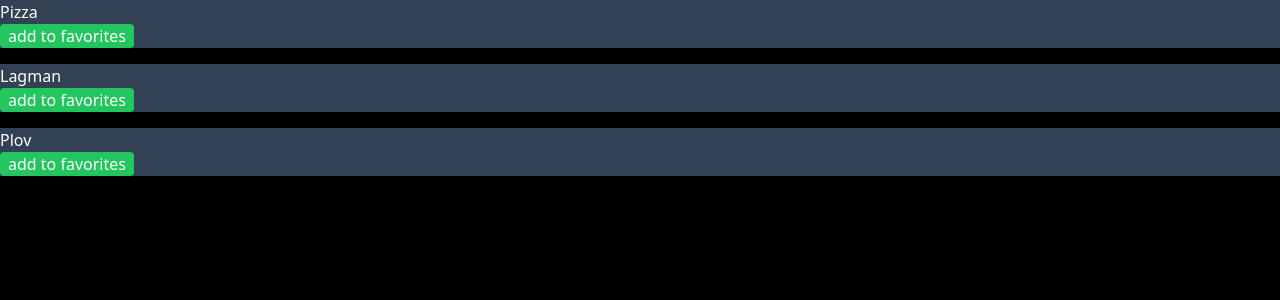
Repository: Nurlan-Bakenbaev/redux-tools
Page: /
These files come from the project's save history. The page is drawn as it stood at one moment and after the next save; the edit follows.
The browser window is 1280 px wide. The pictures show the whole page.
The project was rebuilt for these pictures with package versions that can differ from the ones it lists, and the page was loaded fresh each time. Also part of the build but not shown: vite.config.js.

Above is the page before, as saved 2023-10-22 22:14:19.

### src/App.jsx
import RicipeItem from "./RicipeItem";

function App() {
  return (
    <>
      <div className="flex flex-col gap-4 p">
        <RicipeItem recipe={{ id: 1, name: "Pizza" }} />
        <RicipeItem recipe={{ id: 2, name: "Lagman" }} />
        <RicipeItem recipe={{ id: 3, name: "Plov" }} />
      </div>
    </>
  );
}

export default App;

### src/index.css
@tailwind base;
@tailwind components;
@tailwind utilities;

body {
  background: black;
  color: white;
}

### src/store/store.js
import { configureStore } from "@reduxjs/toolkit"
import {reducer} from "../features/favoritesSlice"


 export const store = configureStore({
  reducer: {reducer},

});

### src/RicipeItem.jsx
import React from "react";

const RicipeItem = ({ recipe }) => {
  return (
    <div className="bg-slate-700 ">
      <div>{recipe.name}</div>
      <button className="px-2 bg-green-500 rounded"> add to favorites</button>
    </div>
  );
};

export default RicipeItem;

### src/features/favoritesSlice.js
import { createSlice } from "@reduxjs/toolkit";


const initialState = [];
export const favoritesSlice = createSlice({
  name: "favorites",
  initialState,
  reducers: {
    toggleFavorites: (state, { payload: recipe }) => {
      const isExits = state.some((r) => r.id === recipe.id);
      if (isExits) {
        state = state.filter((r) => r.id !== recipe.id);
      }
      state.push(recipe);
    },
  },
});
export const {action,reducer} = favoritesSlice

Loaded but not shown: index.html (common file); src/main.jsx (common file); tailwind.config.js (common file)

After the next save:
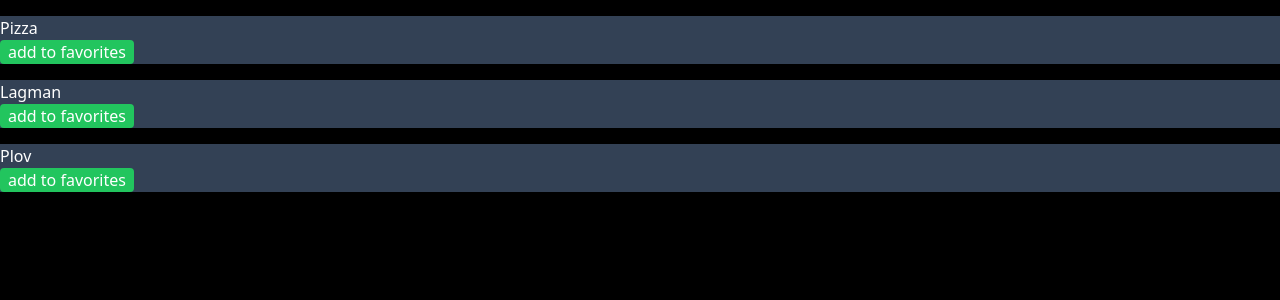
Saved 5 s later.
--- a/src/App.jsx
+++ b/src/App.jsx
@@ -3,7 +3,7 @@ import RicipeItem from "./RicipeItem";
 function App() {
   return (
     <>
-      <div className="flex flex-col gap-4 p">
+      <div className="flex flex-col gap-4 py-4">
         <RicipeItem recipe={{ id: 1, name: "Pizza" }} />
         <RicipeItem recipe={{ id: 2, name: "Lagman" }} />
         <RicipeItem recipe={{ id: 3, name: "Plov" }} />
